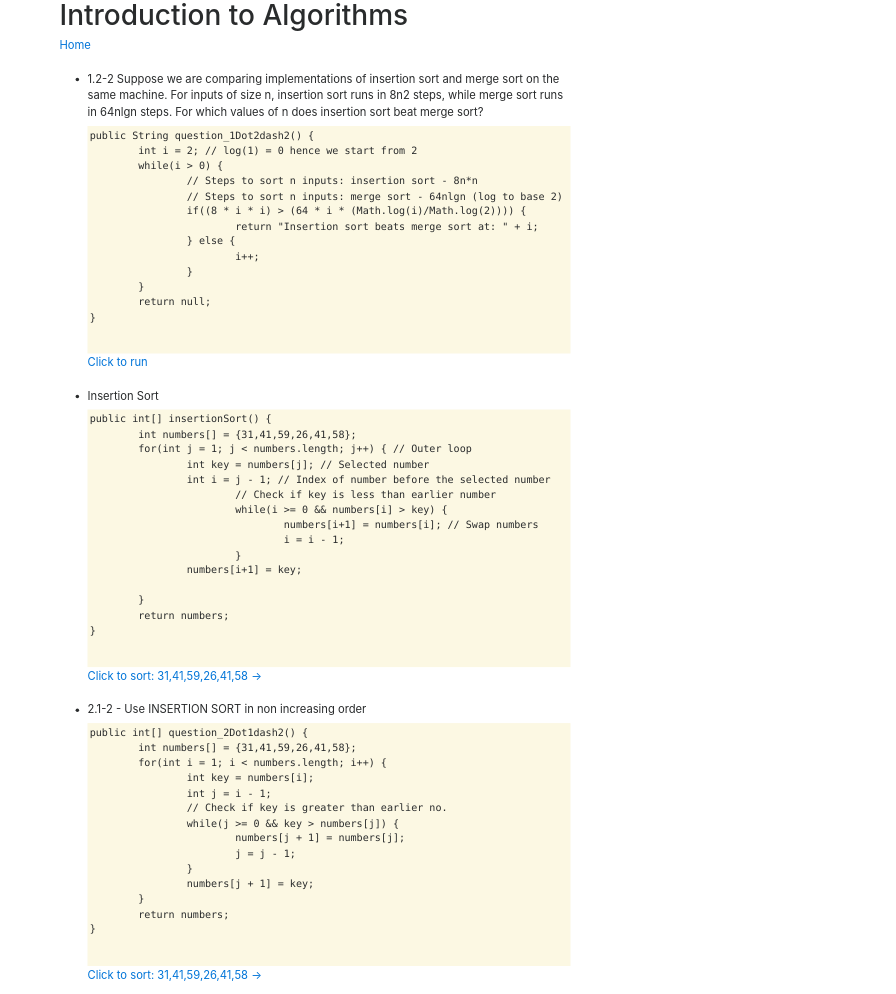
Repository: baltejas/algorithms
Page: http://localhost/algorithms/WEB-INF/views/index.jsp
An editor plug-in stored every save of this project. The page is shown before and after the next save, followed by the edit.
The browser window is 1280 px wide. The pictures show the whole page, at 70% of full size.
The page is served by Tomcat 9. Nobody is signed in. Other server files are loaded and not shown. The template is opened directly, without the code that normally fills it, so the values that code supplies are empty.

Above is the page before, as saved 2017-05-07 01:15:01.

### algorithms/src/main/webapp/WEB-INF/views/index.jsp
<html>
	<head>
		<link rel="stylesheet" href="resources/css/bootstrap.css">
	</head>
	<body>
		<div class="container">
		<h1>Introduction to Algorithms</h1>
		<a href="/algorithms/list">Home</a>
			<div class="mt-4 row">
				<div class="col-md-8">
					<ul>
						<li>1.2-2 Suppose we are comparing implementations of insertion sort and merge sort on the same machine.
							For inputs of size n, insertion sort runs in 8n2 steps, while merge sort runs in 64nlgn steps.
							For which values of n does insertion sort beat merge sort?
								<div class="mt-2 mark"><pre>
public String question_1Dot2dash2() {
	int i = 2; // log(1) = 0 hence we start from 2
	while(i > 0) {
		// Steps to sort n inputs: insertion sort - 8n*n
		// Steps to sort n inputs: merge sort - 64nlgn (log to base 2)
		if((8 * i * i) > (64 * i * (Math.log(i)/Math.log(2)))) {
			return "Insertion sort beats merge sort at: " + i;
		} else {
			i++;
		}
	}
	return null;
}
								</pre></div>
						<a href="/algorithms/question_1Dot2dash2">Click to run</a>
						<label>${answer}</label>
						</li>

						<li class="mt-4">Insertion Sort
								<div class="mt-2 mark"><pre>
public int[] insertionSort() {
	int numbers[] = {31,41,59,26,41,58};
	for(int j = 1; j < numbers.length; j++) { // Outer loop
		int key = numbers[j]; // Selected number
		int i = j - 1; // Index of number before the selected number
		 	// Check if key is less than earlier number
			while(i >= 0 && numbers[i] > key) {
				numbers[i+1] = numbers[i]; // Swap numbers
				i = i - 1;
			}
		numbers[i+1] = key;

	}
	return numbers;
}
								</pre></div>
						<a href="/algorithms/insertionSort">Click to sort: 31,41,59,26,41,58  -> </a>
						<label>${sorted}</label>
						</li>

						<li class="mt-4">2.1-2 - Use INSERTION SORT in non increasing order
								<div class="mt-2 mark"><pre>
public int[] question_2Dot1dash2() {
	int numbers[] = {31,41,59,26,41,58};
	for(int i = 1; i < numbers.length; i++) {
		int key = numbers[i];
		int j = i - 1;
		// Check if key is greater than earlier no.
		while(j >= 0 && key > numbers[j]) {
			numbers[j + 1] = numbers[j];
			j = j - 1;
		}
		numbers[j + 1] = key;
	}
	return numbers;
}
								</pre></div>
						<a href="/algorithms/question_2Dot1dash2">Click to sort: 31,41,59,26,41,58  -> </a>
						<label>${descSorted}</label>
						</li>

					</ul>
				</div>
			</div>
		</div>
	</body>
</html>

Loaded but not shown: algorithms/src/main/webapp/resources/css/bootstrap.css (library)

After the next save:
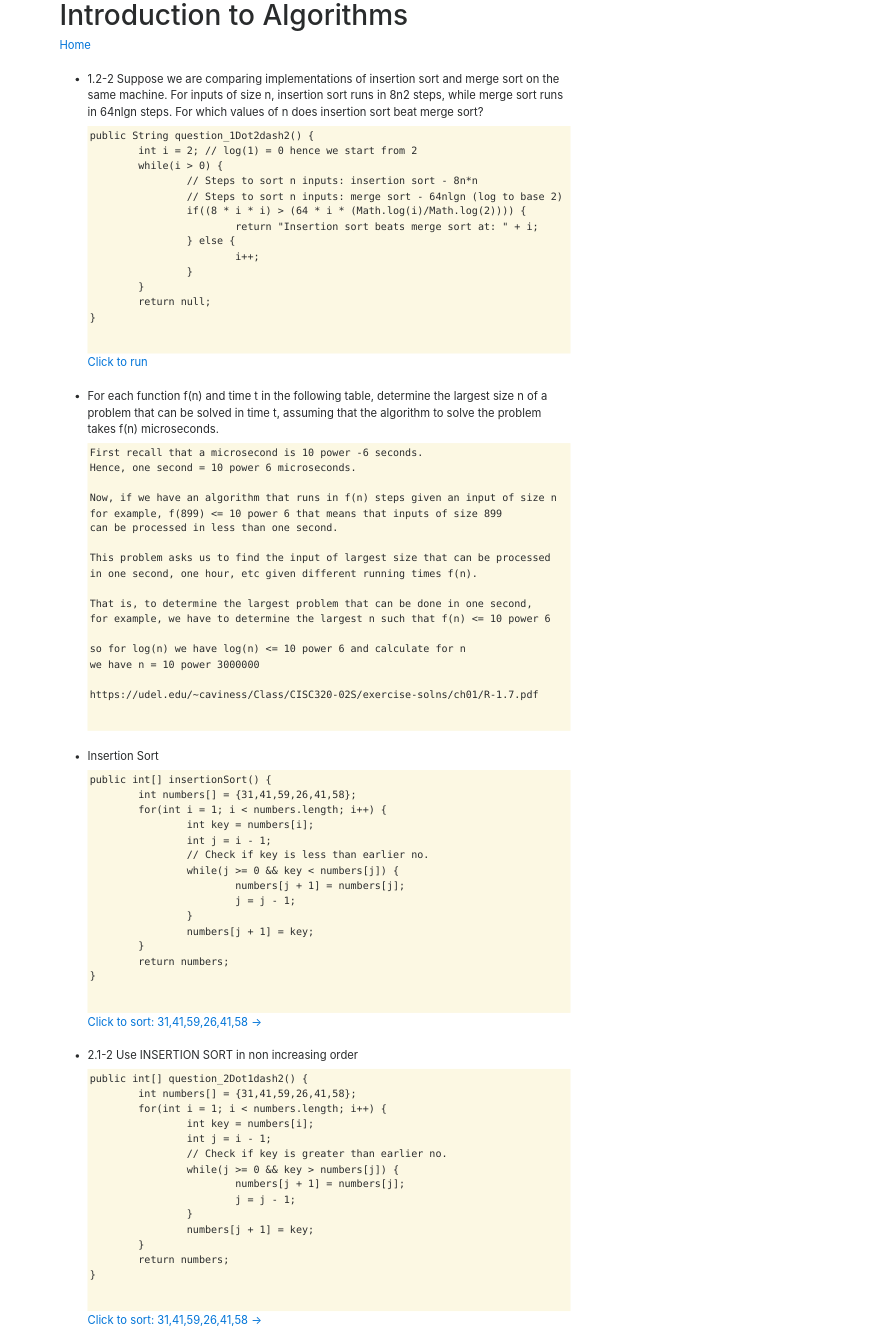
Saved 3 min 5 s later.
--- a/algorithms/src/main/webapp/WEB-INF/views/index.jsp
+++ b/algorithms/src/main/webapp/WEB-INF/views/index.jsp
@@ -31,20 +31,46 @@ public String question_1Dot2dash2() {
 						<label>${answer}</label>
 						</li>
 
+						<li class="mt-4">For each function f(n) and time t in the following table,
+										 determine the largest size n of a problem that can be solved in time t,
+										 assuming that the algorithm to solve the problem takes f(n) microseconds.
+							<div class="mt-2 mark">
+								<pre>
+First recall that a microsecond is 10 power -6 seconds.
+Hence, one second = 10 power 6 microseconds.
+
+Now, if we have an algorithm that runs in f(n) steps given an input of size n
+for example, f(899) <= 10 power 6 that means that inputs of size 899
+can be processed in less than one second.
+
+This problem asks us to find the input of largest size that can be processed
+in one second, one hour, etc given different running times f(n).
+
+That is, to determine the largest problem that can be done in one second,
+for example, we have to determine the largest n such that f(n) <= 10 power 6
+
+so for log(n) we have log(n) <= 10 power 6 and calculate for n
+we have n = 10 power 3000000
+
+https://udel.edu/~caviness/Class/CISC320-02S/exercise-solns/ch01/R-1.7.pdf
+
+</pre>
+							</div>
+						</li>
+
 						<li class="mt-4">Insertion Sort
 								<div class="mt-2 mark"><pre>
 public int[] insertionSort() {
 	int numbers[] = {31,41,59,26,41,58};
-	for(int j = 1; j < numbers.length; j++) { // Outer loop
-		int key = numbers[j]; // Selected number
-		int i = j - 1; // Index of number before the selected number
-		 	// Check if key is less than earlier number
-			while(i >= 0 && numbers[i] > key) {
-				numbers[i+1] = numbers[i]; // Swap numbers
-				i = i - 1;
-			}
-		numbers[i+1] = key;
-
+	for(int i = 1; i < numbers.length; i++) {
+		int key = numbers[i];
+		int j = i - 1;
+		// Check if key is less than earlier no.
+		while(j >= 0 && key < numbers[j]) {
+			numbers[j + 1] = numbers[j];
+			j = j - 1;
+		}
+		numbers[j + 1] = key;
 	}
 	return numbers;
 }
@@ -53,7 +79,7 @@ public int[] insertionSort() {
 						<label>${sorted}</label>
 						</li>
 
-						<li class="mt-4">2.1-2 - Use INSERTION SORT in non increasing order
+						<li class="mt-4">2.1-2 Use INSERTION SORT in non increasing order
 								<div class="mt-2 mark"><pre>
 public int[] question_2Dot1dash2() {
 	int numbers[] = {31,41,59,26,41,58};
